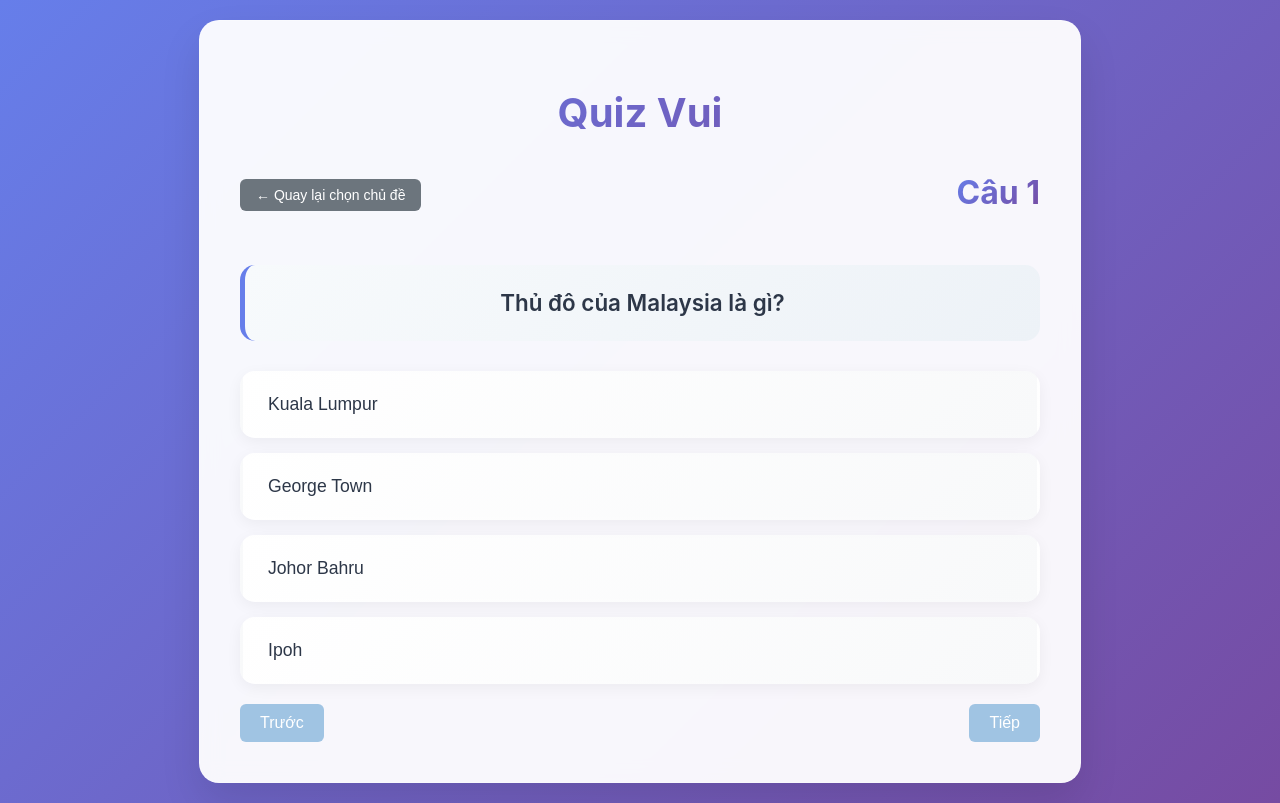
Repository: HuynhPPP/Quiz_App
Page: /, after clicking the first element matching `button.category-button`
These files come from the project's save history. The page is drawn as it stood at one moment and after a run of saves; the edit follows.
The browser window is 1280 px wide. The pictures show the whole page.
The project was rebuilt for these pictures with package versions that can differ from the ones it lists, and the page was loaded fresh each time. Also part of the build but not shown: vite.config.js, src/components/Resutl.jsx, src/components/Review.jsx.

Above is the page before, as saved 2025-09-27 14:51:55.

After the next 2 saves:
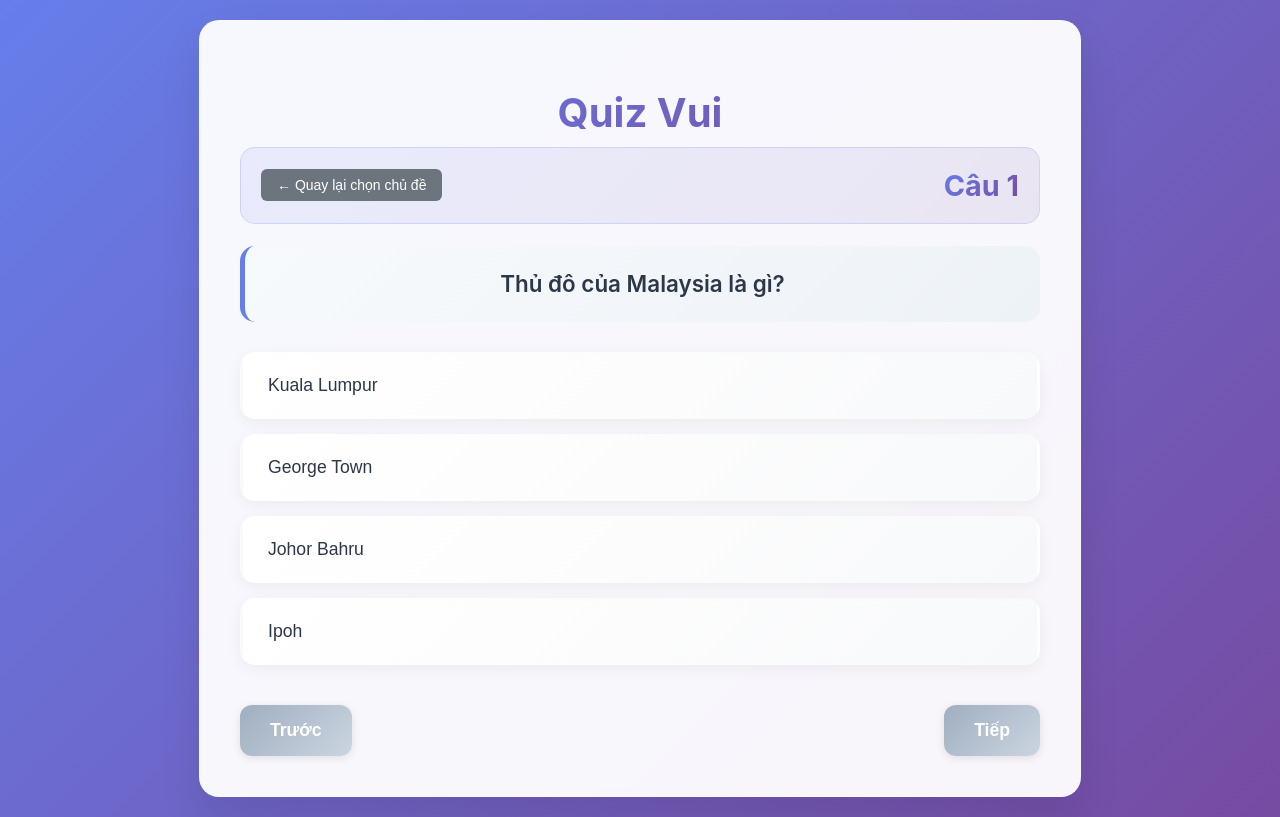
The 2 saves are shown as one change because they came seconds apart.
The last was saved 6 s later.
--- a/src/index.css
+++ b/src/index.css
@@ -113,27 +113,54 @@ h2 {
 .nav-buttons {
   display: flex;
   justify-content: space-between;
-  margin-top: 20px;
+  margin-top: 40px;
+  gap: 20px;
 }
 
 .nav-buttons button {
-  padding: 10px 20px;
+  padding: 15px 30px;
   border: none;
-  background: #42a5f5;
+  background: linear-gradient(135deg, #667eea, #764ba2);
   color: white;
-  border-radius: 6px;
+  border-radius: 12px;
   cursor: pointer;
-  font-size: 1em;
-  transition: background 0.3s;
+  font-size: 1.1em;
+  font-weight: 600;
+  transition: all 0.3s cubic-bezier(0.4, 0, 0.2, 1);
+  box-shadow: 0 4px 15px rgba(102, 126, 234, 0.3);
+  position: relative;
+  overflow: hidden;
+}
+
+.nav-buttons button::before {
+  content: '';
+  position: absolute;
+  top: 0;
+  left: -100%;
+  width: 100%;
+  height: 100%;
+  background: linear-gradient(90deg, transparent, rgba(255, 255, 255, 0.2), transparent);
+  transition: left 0.5s;
+}
+
+.nav-buttons button:hover::before {
+  left: 100%;
 }
 
 .nav-buttons button:hover {
-  background: #1e88e5;
+  transform: translateY(-2px);
+  box-shadow: 0 8px 25px rgba(102, 126, 234, 0.4);
 }
 
 .nav-buttons button:disabled {
-  background: #a0c4e3;
+  background: linear-gradient(135deg, #a0aec0, #cbd5e0);
   cursor: not-allowed;
+  transform: none;
+  box-shadow: 0 2px 8px rgba(0, 0, 0, 0.1);
+}
+
+.nav-buttons button:disabled::before {
+  display: none;
 }
 
 .result-button {
@@ -534,13 +561,26 @@ p.result {
 .quiz-header {
   display: flex;
   justify-content: space-between;
-  align-items: flex-start;
-  margin-bottom: 30px;
+  align-items: center;
+  margin-bottom: 40px;
   gap: 20px;
+  padding: 20px;
+  background: linear-gradient(135deg, rgba(102, 126, 234, 0.1), rgba(118, 75, 162, 0.1));
+  border-radius: 15px;
+  border: 1px solid rgba(102, 126, 234, 0.2);
 }
 
 .quiz-content {
   flex: 1;
+}
+
+.quiz-header h2 {
+  margin: 0;
+  font-size: 1.8em;
+  background: linear-gradient(135deg, #667eea, #764ba2);
+  -webkit-background-clip: text;
+  -webkit-text-fill-color: transparent;
+  background-clip: text;
 }
 
 /* Game Modes Section */
